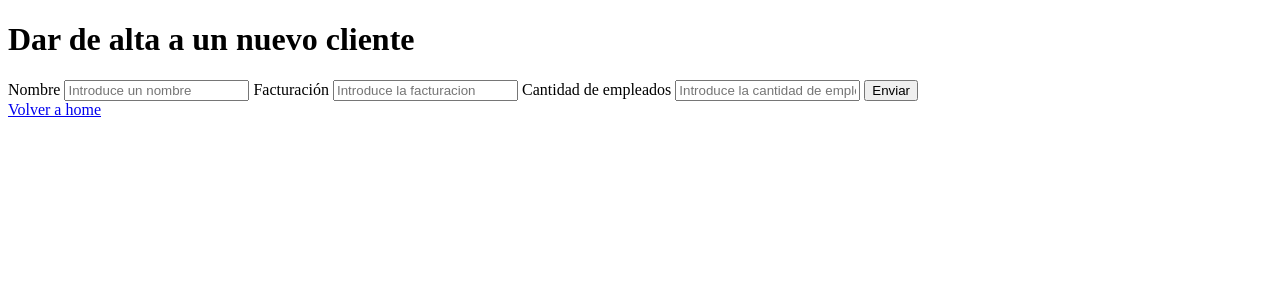
Repository: HimarRH/practica_spring_boot
Page: http://localhost/formAlta
These files come from the project's save history. The page is drawn as it stood at one moment and after the next save; the edit follows.
The browser window is 1280 px wide. The pictures show the whole page.
The page is this project's Thymeleaf template; nobody is signed in. The template is opened directly, without the code that normally fills it, so the values that code supplies are empty.

Above is the page before, as saved 2023-10-26 12:41:45.

After the next save:
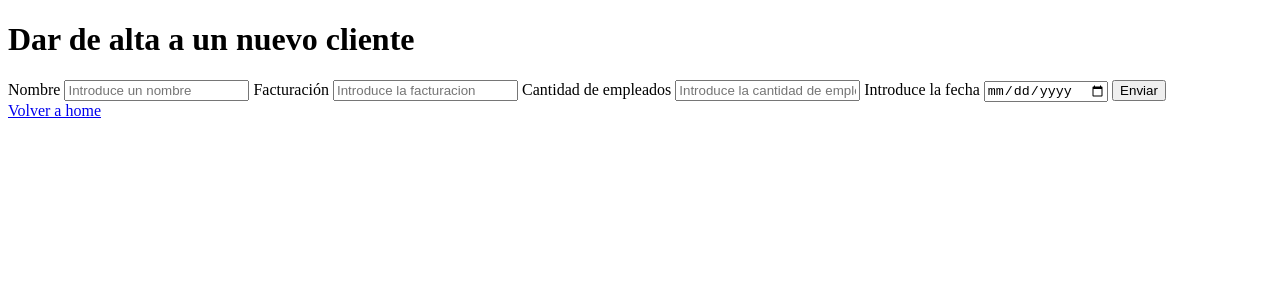
Saved 47 s later.
--- a/01_springboot_practica/src/main/resources/templates/formAlta.html
+++ b/01_springboot_practica/src/main/resources/templates/formAlta.html
@@ -14,6 +14,9 @@
 		<input type="text" name="facturacionAnual" placeholder="Introduce la facturacion">
 		<label> Cantidad de empleados </label>
 		<input type="text" name="cantidadEmpleados" placeholder="Introduce la cantidad de empleados">
+		<label> Introduce la fecha </label>
+		<input type="date" name="fechaCreacion">
+
 		<input type="submit" value="Enviar">
 	</form>
 
